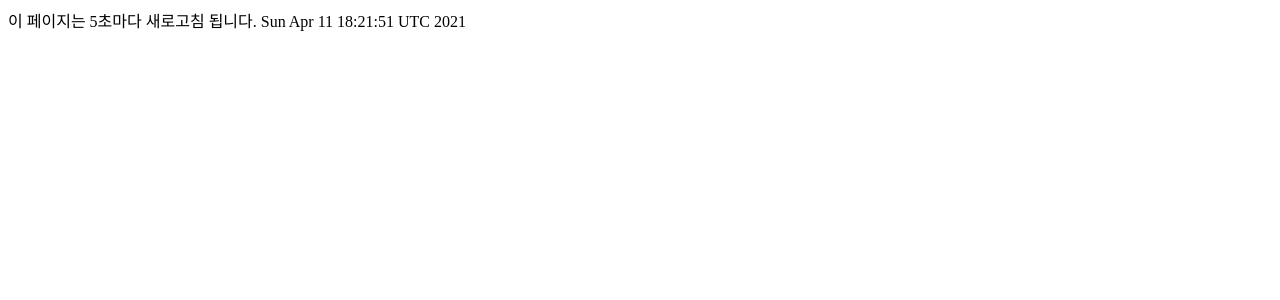
Repository: JuHyeon-S/21-1-Web-Back-end_Programming
Page: http://localhost/week09_work01_20185135/week09_work03_20185135.jsp
The author's editor kept a copy of each file at every save. The page is drawn from the files as they stood at one save, then again after the next save.
The browser window is 1280 px wide. The pictures show the whole page.
The page is served by Tomcat 9.

Above is the page before, as saved 2021-04-27 03:17:02.

After the next save:
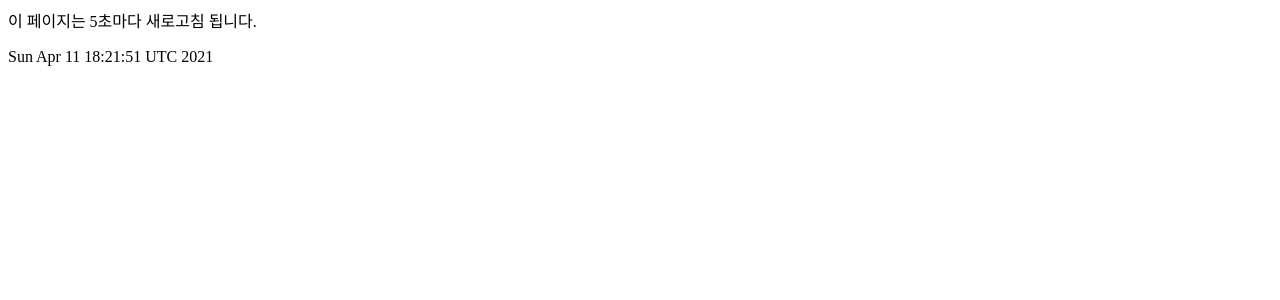
Saved 25 s later.
--- a/week09/week09_work01_20185135/src/main/webapp/week09_work03_20185135.jsp
+++ b/week09/week09_work01_20185135/src/main/webapp/week09_work03_20185135.jsp
@@ -8,7 +8,7 @@
 <title>Insert title here</title>
 </head>
 <body>
-	이 페이지는 5초마다 새로고침 됩니다.
+	이 페이지는 5초마다 새로고침 됩니다.<p>
 	<%@page import="java.util.Date"%>
 	<%= new Date().toString() %>
 	<% response.setIntHeader("refresh", 5); %>
